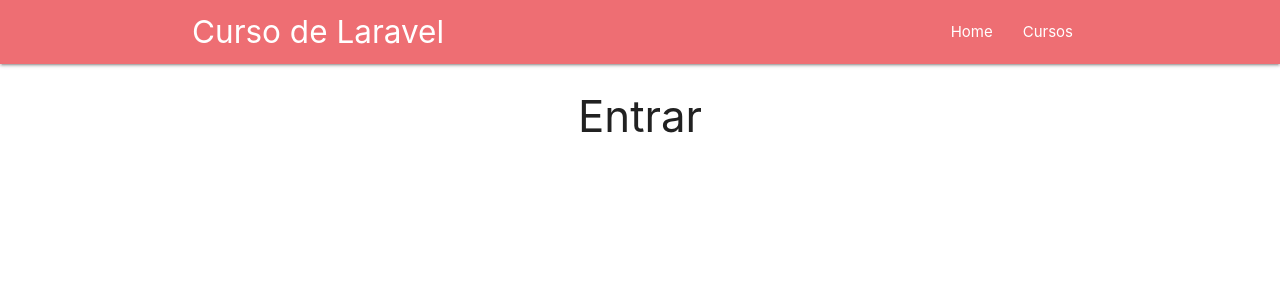
Repository: Kesteves1/Curso_Laravel
Page: http://localhost/login
The author's editor kept a copy of each file at every save. The page is drawn from the files as they stood at one save, then again after the next save.
The browser window is 1280 px wide. The pictures show the whole page.
Some web libraries are served in a nearby version. The page is served by the project's Laravel application, run on PHP 8.4 with Laravel 8.

Above is the page before, as saved 2022-04-13 09:40:32.
Console error: TypeError: $(...).sideNav is not a function

After the next save:
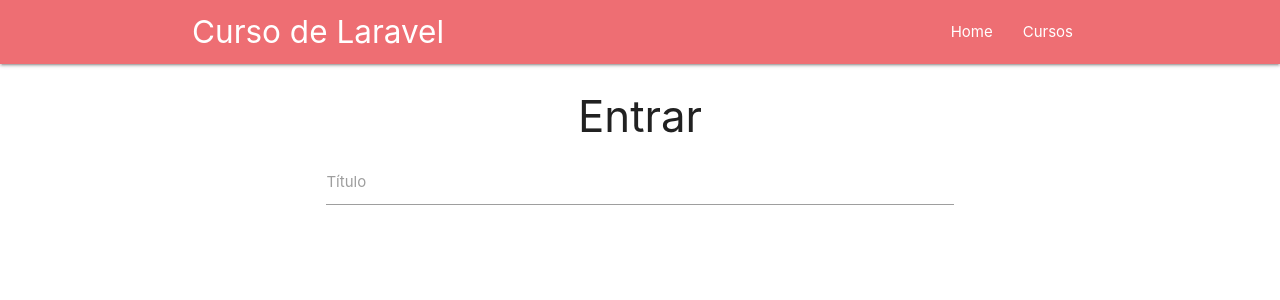
Saved 53 s later.
--- a/resources/views/login/index.blade.php
+++ b/resources/views/login/index.blade.php
@@ -10,6 +10,12 @@
                         @csrf
 
 
+<div class="container">
+    <div class="input-field">
+        <input type="text" name="titulo" value="{{isset($registro->titulo)? $registro->titulo:''}}">
+        <label >Título</label>
+    </div>
+
                 </form>
             </div>
     </div>
